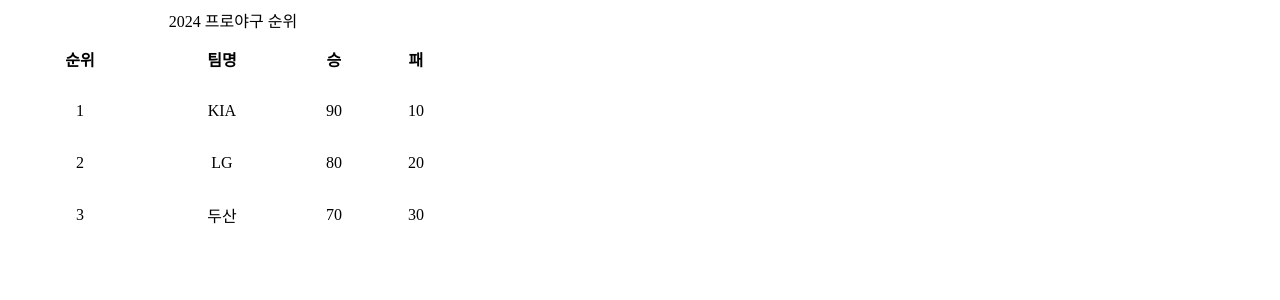
Repository: Cheol-Cheol/KOSA
Page: Kcc_web/Html/WebContent/table.html
These files come from the project's save history. The page is drawn as it stood at one moment and after the next save; the edit follows.
The browser window is 1280 px wide. The pictures show the whole page.

Above is the page before, as saved 2024-07-08 05:22:01.

### Kcc_web/Html/WebContent/table.html
<!DOCTYPE html>
<html>
<head>
<meta charset="UTF-8">
<title>Insert title here</title>
</head>
<body>
	<table width="450" boarder="1">
		<caption>2024 프로야구 순위</caption>
		<thead>
			<tr height="50" align="center">
				<th>순위</th>
				<th>팀명</th>
				<th>승</th>
				<th>패</th>
			</tr>
		</thead>
		<tbody>
			<tr height="50" align="center">
				<td>1</td>
				<td>KIA</td>
				<td>90</td>
				<td>10</td>
			</tr>
			<tr height="50" align="center">
				<td>2</td>
				<td>LG</td>
				<td>80</td>
				<td>20</td>
			</tr>
			<tr height="50" align="center">
				<td>3</td>
				<td>두산</td>
				<td>70</td>
				<td>30</td>
			</tr>
		</tbody>
	</table>
</body>
</html>

After the next save:
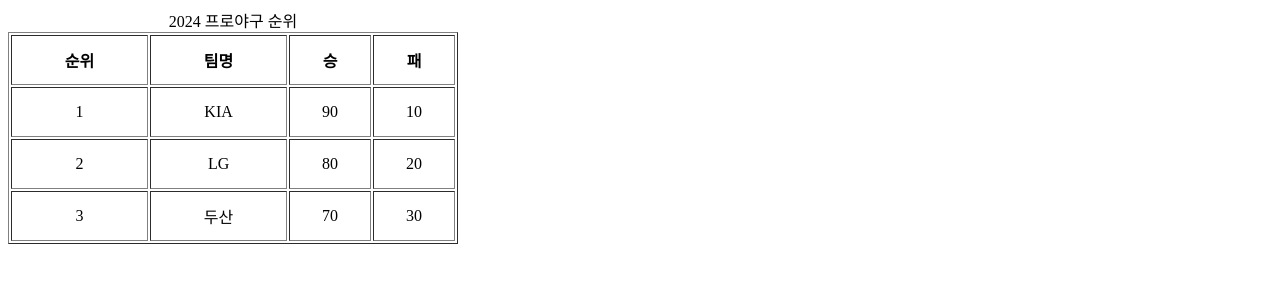
Saved 2 min 46 s later.
--- a/Kcc_web/Html/WebContent/table.html
+++ b/Kcc_web/Html/WebContent/table.html
@@ -5,7 +5,7 @@
 <title>Insert title here</title>
 </head>
 <body>
-	<table width="450" boarder="1">
+	<table width="450" border="1">
 		<caption>2024 프로야구 순위</caption>
 		<thead>
 			<tr height="50" align="center">
